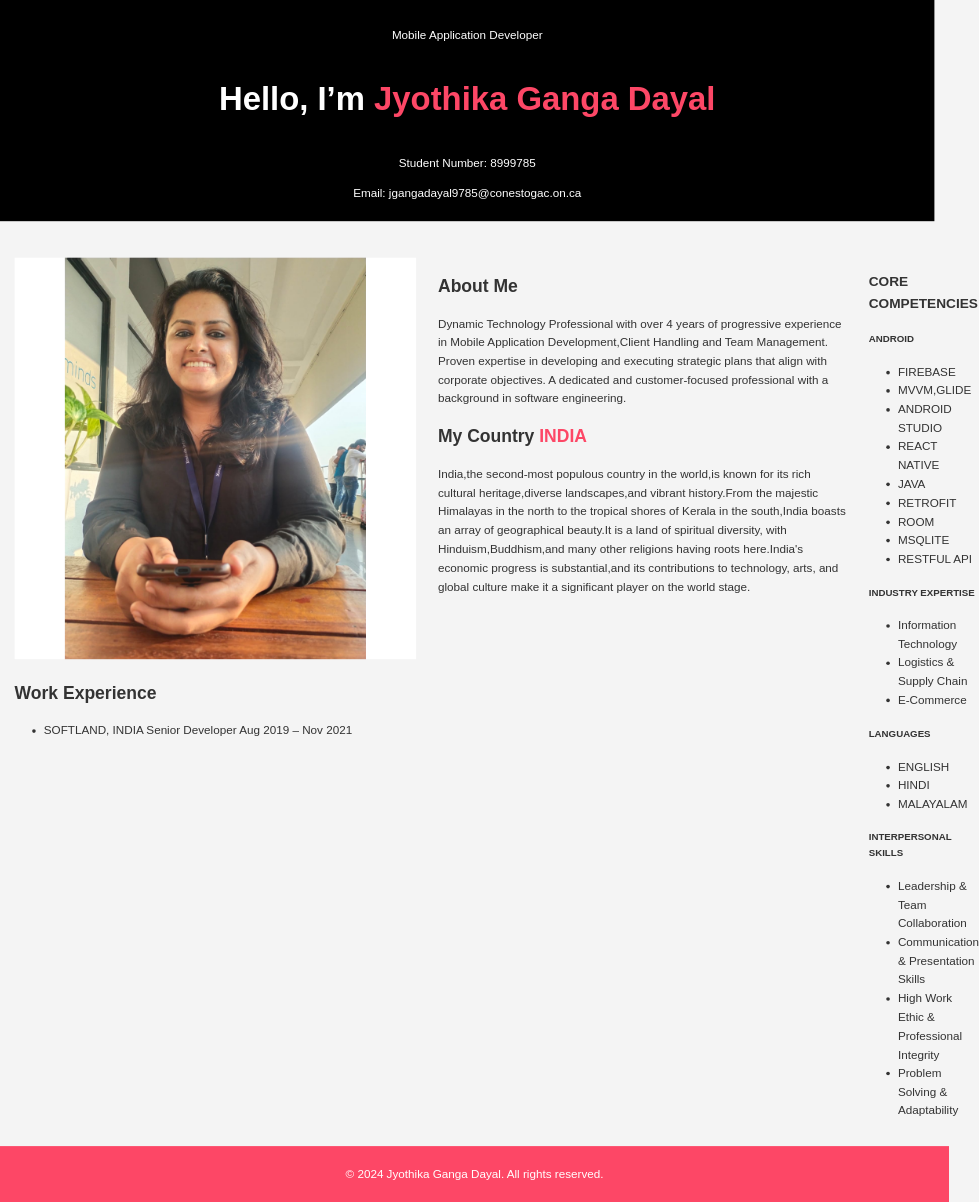
Repository: jyothika123/portfolio
Page: index.html
These files come from the project's save history. The page is drawn as it stood at one moment and after the next save; the edit follows.
The browser window is 1280 px wide. The page is 1341 px wide, so the pictures cover 1341 px, including what lies to the right of the window. The pictures show the whole page, at 73% of full size.
Pictures or frames that could not be fetched are drawn as grey boxes.

Above is the page before, as saved 2024-09-22 19:58:38.

After the next save:
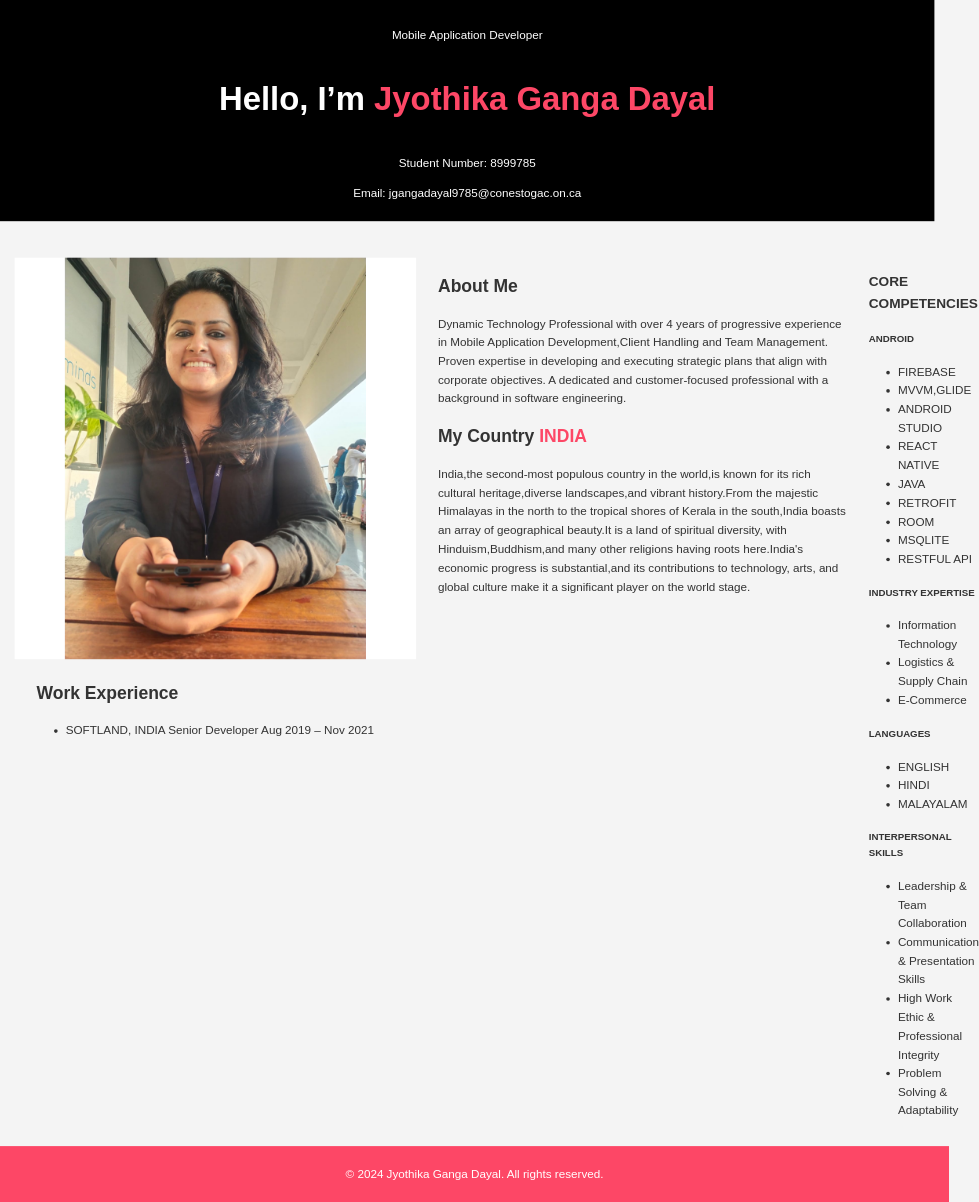
Saved 76 s later.
--- a/index.html
+++ b/index.html
@@ -21,7 +21,7 @@
             <section class="bio">
                 <div>
                     <img src="images/image.PNG" alt="A photo representing me" class="profile">
-                    <div class="expereience" class="anton-sc-regular ">
+                    <div class="experience anton-sc-regular " >
                         <h2>Work Experience</h2>
                         <ul>
                             <li>SOFTLAND, INDIA
